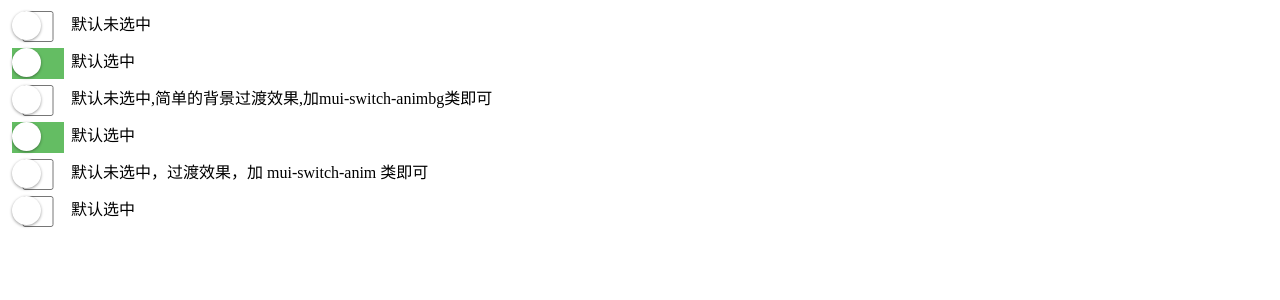
Repository: Germtao/Web
Page: web_css/css_others.html
The author's editor kept a copy of each file at every save. The page is drawn from the files as they stood at one save, then again after the next save.
The browser window is 1280 px wide. The pictures show the whole page.

Above is the page before, as saved 2020-11-05 15:29:18.

After the next save:
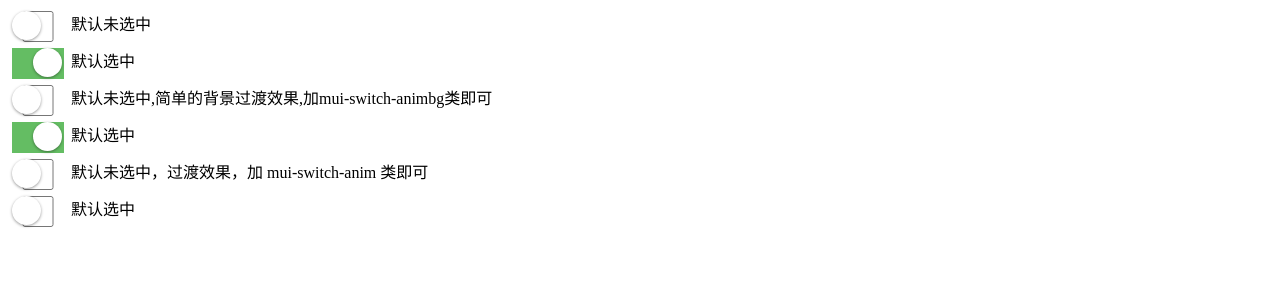
Saved 89 s later.
--- a/web_css/css_others.html
+++ b/web_css/css_others.html
@@ -56,6 +56,14 @@
       box-shadow: #64bd63 0 0 0 16px inset;
       background-color: #64bd63;
     }
+
+    .mui-switch:checked::before {
+      left: 21px;
+    }
+
+    .mui-switch.mui-switch-animbg {
+      transition: backgtound-color ease 0.4s;
+    }
   </style>
 </head>
 
